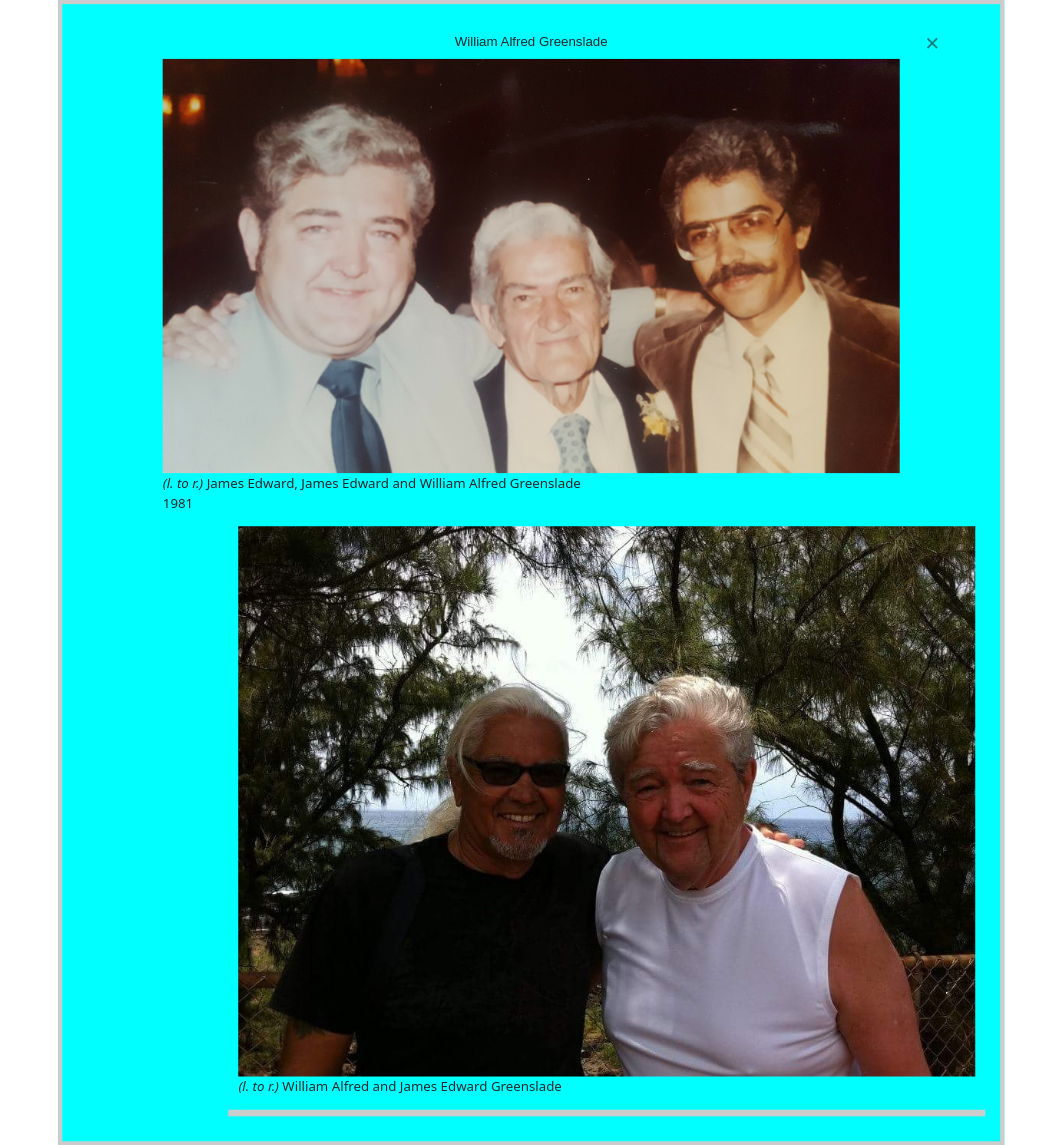
Repository: George2916/GreensladeFamilyTree
Page: photoWilliamAlfredGreenslade.html
The author's editor kept a record of every edit. The page is drawn from the files as they stood at one moment, then again after the next edit.
The browser window is 1280 px wide. The pictures show the whole page, at 83% of full size.

Above is the page before.

### photoWilliamAlfredGreenslade.html
<!doctype html>
<html lang="en">
<head>

    <meta charset="utf-8">
    <meta http-equiv="X-UA-Compatible" content="IE-edge">
    <meta name="viewport" content="width=device-width, initial-scale=1">
    <!--[if lt IE 9]
        <script src="https://oss.maxcdn.com/html5shiv/3.7.2/html5shiv.min.js"></script>
        <script src="https://oss.maxcdn.com/respond/1.4.2/respond.min.js"></script>
    <![endif]-->

    <link rel="stylesheet" type="text/css" href="css/bootstrap.css">
    <link rel="stylesheet" type="text/css" href="css/myStyle.css">

 <title>William Alfred Greenslade Photos</title>

</head>
<body>

<div class="container background">

     <div class="row">

        <div class="col-1" >
        </div>

        <div class="col-10">
            <h6 id="headingZZZ">William Alfred Greenslade</h6>
        </div>

  		<div class="col-1">
  		    <button onclick="goingBack()" id="btn-ZZZ"><!--&times; &#10006;-->&#x2715;</button>
        </div>

    </div>

    <div class="row"> <!--row-->

        <div class="col-12 col-md-1">
        </div>

        <div class="col-12 col-md-10">
            <img class="img-fluid" src="images/williamAlfredGreenslade(1).jpg">
            <p><i>(l. to r.)</i>&nbsp;James Edward, James Edward and William Alfred Greenslade<br>1981</p>
        </div>

        <div class="col-12 col-md-1">
        </div>

    </div> <!--closes row-->

    <div class="row"> <!--second row-->

        <div class="col-12 col-md-2">
        </div>

        <div class="col-12 col-md-10 borderBottom">
            <img class="img-fluid" src="images/williamAlfredGreenslade(2).jpg">
            <p><i>(l. to r.)</i>&nbsp;William Alfred and James Edward Greenslade</p>
        </div>

        <div class="col-12 col-md-2">
        </div>

    </div> <!--closes second row-->

</div> <!--closes container-->

<script src="js/bootstrap.js"></script>
<script src="js/myJavascript.js"></script>

</body>
</html>

### css/myStyle.css
/*STYLING FOR INDEX.HTML*/

.tree {width: 44500px;}

.George1 {
	background: #00FFFF;
	border: 1px solid #ccc;
	border-radius: 5px;
	-webkit-border-radius: 5px;
	-moz-border-radius: 5px;
	-o-border-radius: 5px;
	color: #666;
	display: inline-block;
	font-family: arial, verdana, tahoma;
	font-size: 11px;
	height: 50px;
	margin-right: -4px;
	text-decoration: none;
	vertical-align: text-bottom;
	width: 180px;
}

.George1 p {text-align: center;}

.George2 {
	background: white;
	display: inline-block;
	font-family: arial, verdana, tahoma;
	font-size: 11px;
	height: 50px;
	margin-right: -4px;
	text-align: center;
	vertical-align: text-bottom;
	width: 180px;
}

.George2 svg {overflow: visible;}

.George3::after {
	content: '';
    position: relative;
    top: 50%;
    border-top: 3px dashed lightblue;
    display: block;
}

.George4 {
	background: white;
	border: 1px solid white;
	color: blue;
	display: inline-block;
	font-family: arial, verdana, tahoma;
	font-size: 13px;
	height: 50px;
	margin-right: -4px;
	padding: 15px;
	text-align: center;
	vertical-align: text-bottom;
	width: 180px;
}

.George5 {position: relative;}

.sticky {
	position: sticky;
	left:0;
	z-index:10;
}

.divorceSign {
	font-size: 225%;
	letter-spacing: -5.5px;
	line-height: 110%;
}

.marriageSign {
	font-size: 225%;
	letter-spacing: -6px;
	line-height: 110%;
}

.marriageSignELKnight {
	font-size: 225%;
	letter-spacing: -6px;
	line-height: 50%;
	padding-bottom: 20px;
}

/*the next 5 divs create the lines to the left and right of GAG, born 1864 and GG, born about 1833*/

.lineGAG1 {
  width: 60px;
  background: #ccc;
  height: 2px;
  display: inline-block;
  margin-bottom: 2.5px;
}

.pointGAG1 {
  width: 0;
  height: 0;
  border-top: 5px solid transparent;
  border-bottom: 5px solid transparent;
  border-left: 10px solid #ccc;
  display: inline-block;
  margin-bottom: -1px;
  margin-right: -4px;
  transform: rotate(180deg);
  -moz-transform: rotate(180deg);
  -o-transform: rotate(180deg);
  -webkit-transform: rotate(180deg);
}

.marriageGAG{
	display: inline-block;
	margin-top: 22px;
}

.lineGAG2 {
  width: 60px;
  background: #ccc;
  height: 2px;
  display: inline-block;
  margin-bottom: 2.5px;
  margin-right: -4px;
}

.pointGAG2 {
  width: 0;
  height: 0;
  border-top: 5px solid transparent;
  border-bottom: 5px solid transparent;
  border-left: 10px solid #ccc;
  display: inline-block;
  margin-bottom: -1px;
}

.upperRight a {
	position: absolute;
	bottom: 102.5%;
	color: #666;
	text-decoration: none;
}

.upperRightArrow {font-size: 125%;}

.docLink {
	color: black;
	text-decoration: none;
}

.docLink:hover {
	color: black;
	font-weight: 500;
	text-decoration: none;
}

.progenyLink {
	color: #666;
	text-decoration: none;
}

/*moreInfoZero used for people with neither birth nor death date, moreInfoOne used for people with one or the other, moreInfoTwo used for people with both*/

.moreInfoZero a {
	position: relative;
	bottom: -16px;
	left: 1px;
	color: #666;
	text-decoration: none;
	z-index: 2;
}

.moreInfoOne a {
	position: relative;
	bottom: 0;
	left: 1px;
	color: #666;
	text-decoration: none;
	z-index: 2;
}

.moreInfoTwo a {
	position: relative;
	bottom: 16px;
	left: 1px;
	color: #666;
	text-decoration: none;
	z-index: 2;
}

.moreInfoZero a:hover, .moreInfoOne a:hover, .moreInfoTwo a:hover, .progenyLink:hover, .upperRight a:hover, .upperRightKo a:hover, .upperRightWestacott a:hover {
	color: black;
	text-decoration: none;
}

.moreInfoArrow {
	font-size: 125%;
}

/* make text of "More Info" and "Pictures(1)" under George Aflred Greenslade, born 1864 smaller when viewed on smaller devices */

@media only screen and (max-width: 435px) {
  #smallFont {font-size: 95%}
}

/*STYLING FOR KO FAMILY TREE*/

.Ktree {width: 1300px;}

.ko1 {
	background: #FF7034;
	border-radius: 5px;
	-webkit-border-radius: 5px;
	-moz-border-radius: 5px;
	-o-border-radius: 5px;
	font-family: 'Itim', arial, verdana;
	font-size: 18px;
	height: 50px;
	margin: 5px 0px 5px 6px;
	padding-top: 10px;
	text-align: center;
	width: 906px;
}

.ko2 {width: 180px;}

.upperRightKo a {
	position: absolute;
	bottom: 77.7%;
	color: #666;
	text-decoration: none;
}

.indentKo {
	padding: 150px;
}

/*STYLING FOR DUFFY, LEO GARCIA, SCHNEIDER AND SIDOROFF FAMILY TREES*/

.duffyTree {width: 3900px;}

.LGtree {width: 1350px;}

.SchnTree {width: 945px;}

.stevensTree {width: 2400px;}

/*.duffy1A - 1C are used to create the colors of the Irish flag on Duffy family tree*/

.duffy1A {
	background: #169B62;
	border-radius: 5px 0px 0px 5px;
	-webkit-border-radius: 5px 0px 0px 5px;
	-moz-border-radius: 5px 0px 0px 5px;
	-o-border-radius: 5px 0px 0px 5px;
	display: inline-block;
	height: 71px;
	margin: 25px -185px -25px 850px;
	width: 600px;
	vertical-align: text-bottom;
}

.duffy1B {
	background: #f0ead6;
	display: inline-block;
	font-family: 'Itim', arial, verdana;
	font-size: 18px;
	height: 50px;
	margin: 5px -2px 5px -2px;
	padding-top: 10px;
	text-align: center;
	/* width: 300px; */
	width: 600px;
	vertical-align: text-bottom;
}

.duffy1C {
	background: #FF883E;
	border-radius: 0px 5px 5px 0px;
	-webkit-border-radius: 0px 5px 5px 0px;
	-moz-border-radius: 0px 5px 5px 0px;
	-o-border-radius: 0px 5px 5px 0px;
	display: inline-block;
	height: 71px;
	margin: 5px 0px -25px -5px;
	width: 600px;
	vertical-align: text-bottom;
}

/*.leoGarcia1A - 1C are used to create the colors of the Peruvian flag on the Leo Garcia family tree*/

.leoGarcia1A {
	background: #D91023;
	border-radius: 5px 0px 0px 5px;
	-webkit-border-radius: 5px 0px 0px 5px;
	-moz-border-radius: 5px 0px 0px 5px;
	-o-border-radius: 5px 0px 0px 5px;
	display: inline-block;
	height: 50px;
	margin: 5px -3px 5px 0px;
	width: 420px;
	vertical-align: text-bottom;
}

.leoGarcia1B {
	background: #f0ead6;
	display: inline-block;
	font-family: 'Itim', arial, verdana;
	font-size: 18px;
	height: 50px;
	margin: 5px -1px 5px -1px;
	padding-top: 10px;
	text-align: center;
	width: 420px;
	vertical-align: text-bottom;
}

.leoGarcia1C {
	background: #D91023;
	border-radius: 0px 5px 5px 0px;
	-webkit-border-radius: 0px 5px 5px 0px;
	-moz-border-radius: 0px 5px 5px 0px;
	-o-border-radius: 0px 5px 5px 0px;
	display: inline-block;
	height: 50px;
	margin: 5px 3px 5px -3px;
	width: 420px;
	vertical-align: text-bottom;
}

.sidoroff1 {
	background: #FF7034;
	border-radius: 5px;
	-webkit-border-radius: 5px;
	-moz-border-radius: 5px;
	-o-border-radius: 5px;
	font-family: 'Itim', arial, verdana;
	font-size: 18px;
	height: 50px;
	margin: 5px 0px 5px 0;
	padding-top: 10px;
	text-align: center;
	width: 1084px;
}

.stevens1 {
	background: #FF7034;
	border-radius: 5px;
	-webkit-border-radius: 5px;
	-moz-border-radius: 5px;
	-o-border-radius: 5px;
	font-family: 'Itim', arial, verdana;
	font-size: 18px;
	height: 50px;
	margin: 5px 0px 5px 720px;
	padding-top: 10px;
	text-align: center;
	width: 904px;
}

/* STYLING FOR MORRISON FAMILY TREE*/

.Mtree {width: 9400px;}

.morrison1 {
	background: #FF7034;
	border-radius: 5px;
	-webkit-border-radius: 5px;
	-moz-border-radius: 5px;
	-o-border-radius: 5px;
	font-family: 'Itim', arial, verdana;
	font-size: 18px;
	height: 50px;
	margin: 5px 0px 5px 2345px;
	padding-top: 15px;
	text-align: center;
	width: 1442px;
}

.indentElizabethLillianKnightDocs {padding-left: 250px;}

/*STYLING FOR WESTACOTT FAMILY TREE*/

.westacott1 {
	background: #FF7034;
	border-radius: 5px;
	-webkit-border-radius: 5px;
	-moz-border-radius: 5px;
	-o-border-radius: 5px;
	font-family: 'Itim', arial, verdana;
	font-size: 18px;
	height: 50px;
	margin: 5px 0px 5px 192px;
	padding-top: 10px;
	text-align: center;
	width: 540px;
}

.upperRightWestacott a {
	position: absolute;
	bottom: 61.5%;
	color: #666;
	text-decoration: none;
}

/*STYLING FOR MODALS*/

.modal-Info > div 	{
  	padding: 0px 20px 0px 20px;
	border: 2px solid #ccc;
	border-radius: 10px;
	-webkit-border-radius: 10px;
	-moz-border-radius: 10px;
	-o-border-radius: 10px;
	background: linear-gradient(#00FFFF, #ccfff2);
	background: -moz-linear-gradient(#00FFFF, #ccfff2);
	background: -webkit-linear-gradient(#00FFFF, #ccfff2);
	background: -o-linear-gradient(#00FFFF, #ccfff2);
 }

@media only screen and (max-width: 500px) {
   #shakespeareQuotes, #poem1, #poem2  {
    font-size: 70%;
  }
}

@media only screen and (max-width: 575px) and (min-width: 501px){
   #shakespeareQuotes, #poem1, #poem2  {
    font-size: 80%;
  }
}

.modal-Photo > div {margin: 10% auto;
 	padding: 5px 20px 13px 20px;
	border: 2px solid #ccc;
	border-radius: 10px;
	-webkit-border-radius: 10px;
	-moz-border-radius: 10px;
	-o-border-radius: 10px;
	background: #00FFFF;
}

.borderBottomModalPhoto {
	border-bottom: 2px solid #0080ff;
}

.modal-header {border-bottom: 2px solid #0080ff;}

.close {
	color: #000;
	font-family: arial, verdana, tahoma;
	font-size: 140%;
	opacity: 0.5;
	position: absolute;
	right: 12px;
	top: 25px;
	text-decoration: none;
	width: 36px;
}

/*modals with tabs*/

.btn-close:focus {
	box-shadow: none;
}

.tabHeading {
	color: #000000 !important;
	/* important is need for color because iphones default color is light blue*/
	border-radius: 100px;
	-webkit-border-radius: 100px;
	-moz-border-radius: 100px;
	-o-border-radius: 100px;
	outline: none !important;
    border: none !important;
	background: #0080ff;
	height: 40px;
	margin: 4px 0px;
	width: 100px;
}

.tabHeading:hover {
	cursor: grab;
	font-weight: 900;
}

.highlightedTab {background: #0000ff;
	border-radius: 100px;
	-webkit-border-radius: 100px;
	-moz-border-radius: 100px;
	-o-border-radius: 100px;
	font-weight: 700;
}

.highlightedTab:focus {
	outline: none !important;
    border: none !important;
}

/*STYLING FOR PHOTO[NAME].HTML AND PHOTODOCS[NAME].HTML */

@media only screen and (max-width: 576px) {
  .col-12 > p, .col-12 > div > p, .carousel-item > p  {font-size: 85%}
}

.img-responsive {
	max-width: 100%;
	height: auto;
	display: block;
}

.borderBottom {border-bottom: 8px solid #ccc;}

.pic-back {display: none;}

.background {background: #00FFFF;
	border: 5px solid #ccc;
	padding: 30px;
}

.center {text-align: center;}

.hover:hover {
	cursor: grab;
}

.heading {
	font-family: arial, verdana, tahoma;
	text-align: center;
}

/*the next 6 items create the styling for the button at the top of photo[name].html, photoDocs[name].html and carouselGeorgeAlfredGreensladeII.html*/

#headingZZZ {
	font-family: arial, verdana, tahoma;
	padding-top: 5px;
 	text-align: center;
}

#btn-ZZZ {
 	background: #00FFFF;
	border-style: hidden;
	color: #000;
	font-family: arial, verdana, tahoma;
	font-size: 140%;
	opacity: 0.5;
}

#btn-AAA {
	background: #9B533B;
	border-style: hidden;
	color: #000;
	font-family: arial, verdana, tahoma;
	font-size: 140%;
	opacity: 0.5;
}

#btn-ZZZ:hover {
	cursor: grab;
	opacity: 1.0;
}

#btn-AAA:hover {
	background: #00FFFF;
	cursor: grab;
	opacity: 1.0;
}

@media only screen and (max-width: 575px) {
   #headingZZZ {
    font-size: 85%;
  }

  #btn-ZZZ, #btn-AAA:hover {
  	font-size: 100%;}
}

/* STYLING FOR photoRichardGreenslade.html */

.noDisplay {
	visibility: hidden;
}

/*STYLING FOR photoWayneKnight.html*/

@media only screen and (min-device-width: 300px) {
  .wayneKnightPhoto {
    height: 170px;
    width: auto;
  }
}

@media only screen and (min-device-width: 350px) {
  .wayneKnightPhoto {
    height: 200px;
    width: auto;
  }
}

@media only screen and (min-device-width: 440px) {
  .wayneKnightPhoto {
    height: 260px;
    width: auto;
  }
}

@media only screen and (min-device-width: 500px) {
  .wayneKnightPhoto {
    height: 290px;
    width: auto;
  }
}

@media only screen and (min-device-width: 576px) {
  .wayneKnightPhoto {
    height: 320px;
    width: auto;
  }
}

@media only screen and (min-device-width: 768px) {
  .wayneKnightPhoto {
    height: 190px;
    width: auto;
  }
}

@media only screen and (min-device-width: 992px) {
  .wayneKnightPhoto {
    height: 250px;
    width: auto;
  }
}

@media only screen and (min-device-width: 1200px) {
  .wayneKnightPhoto {
    height: 320px;
    width: auto;
  }
}

@media only screen and (min-device-width: 1400px) {
  .wayneKnightPhoto {
    height: 350px;
    width: auto;
  }
}

/*STYLING FOR carouselGeorgeGreensladeII.html and photoDocs[name].html for BelleHinks, CarolinaVirginiaGreenslade and GeorgeGreensladeBorn1864*/

@media only screen and (min-width: 992px) {
	.BHcarousel-indicators {
		padding-bottom: 40px;
}
}

@media only screen and (min-width: 350px) {
	.GAGIcarousel-indicators {
		padding-bottom: 90px;
}
}

@media only screen and (min-width: 400px) {
	.GAGIcarousel-indicators {
		padding-bottom: 70px;
}
}

@media only screen and (min-width: 450px) {
	.GAGIcarousel-indicators {
		padding-bottom: 50px;
}
}

@media only screen and (min-width: 500px) {
	.GAGIcarousel-indicators {
		padding-bottom: 40px;
}
}

.carouselContainerGG {
	background: #9B533B;
	border: 4px solid #ccc;
	border-radius: 10px;
	-webkit-border-radius: 10px;
	-moz-border-radius: 10px;
	-o-border-radius: 10px;
}

@media only screen and (max-width: 767px) {
	.carouselGG {
		height: 400px;
		width: 100%;
		object-fit: contain;
}
}

@media only screen and (min-width: 768px) {
	.carouselGG {
		height: 500px;
		width: 100%;
		object-fit: contain;
}
}

@media only screen and (min-width: 992px) {
	.carouselGG {
		height: 700px;
		width: 100%;
		object-fit: contain;
}
}

.d-none {color: #FF7034;}

.carousel-indicators {filter: invert(100%);}

.carousel-control-prev-icon, .carousel-control-next-icon {filter: invert(100%); background-color:red;} /*background-color:red somehow changes the color of the left and righ arrows to something close to #00FFFF*/


.carousel .carousel-indicators button {
   	width: 10px;
  	height: 10px;
  	border-radius: 100%;
  	color: red;
}

/*STYLING FOR NAVBAR*/

.navbar {
	background: #FF7034;
	border-radius: 5px;
	-webkit-border-radius: 5px;
	-moz-border-radius: 5px;
	-o-border-radius: 5px;
	display: inline-block;
	font-family: arial, verdana, tahoma;
	margin: 5px 0px 5px 180px;
	width: 1628px;
}

.navbarDuffy {
	background: #f0ead6;
	border-radius: 5px;
	-webkit-border-radius: 5px;
	-moz-border-radius: 5px;
	-o-border-radius: 5px;
	display: inline-block;
	font-family: arial, verdana, tahoma;
	margin: 5px 0px 25px 180px;
	width: 600px;
}

.navbar-brand {
	font-family: 'Itim', arial, verdana;
}

.nav-item:hover {
	background: #FFB697;
	border-radius: 5px;
	-webkit-border-radius: 5px;
	-moz-border-radius: 5px;
	-o-border-radius: 5px;
}

.dropdown-menu {
	border: 2px solid #ccc;
	border-radius: 10px;
	-webkit-border-radius: 10px;
	-moz-border-radius: 10px;
	-o-border-radius: 10px;
	background: linear-gradient(#00FFFF, #ccfff2);
	background: -moz-linear-gradient(#00FFFF, #ccfff2);
	background: -webkit-linear-gradient(#00FFFF, #ccfff2);
	background: -o-linear-gradient(#00FFFF, #ccfff2);
}

.dropdown-item:hover {
	background: #00FFFF;
	border-radius: 15px;
	-webkit-border-radius: 5px;
	-moz-border-radius: 5px;
	-o-border-radius: 5px;
}

.dropdown-item:active {background-color: #00FFFF;
	color:black;
}
.dropdown-item:visited {background-color: #00FFFF;}

.georgeNB1 {
	display: inline-block;
	height: 50px;
	vertical-align: text-bottom;
	width: 5160px;
}

.indentShakespeare1 {padding-left: 20px;}

.indentShakespeare2 {padding-left: 25px;}

@media only screen and (max-width: 575px) {
   .indentShakespeare1 {
    padding-left: 0;
  }
}


/*STYLING IN SVG IN GREENSLADE FAMILY TREE*/

#thomasAndElizabethGreenslade::after, #georgeAndRhodaGreenslade::after {
	content: 'three \00a0\00a0\00a0 children';
    position: relative;
   	left: 6px;
   	top: -41px;
    color: #666;
    display: block;
}

#georgeAndMatildaGreenslade::after {
	content: 'four \00a0\00a0\00a0 children';
    position: relative;
   	left: 9px;
   	top: -41px;
    color: #666;
    display: block;
}

#maudeAndOtisBurnett::after {
	content: 'five \00a0\00a0\00a0 children';
    position: relative;
   	left: 9px;
   	top: -41px;
    color: #666;
    display: block;
}

#johnAndJaneGreenslade::after {
	content: 'nine \00a0\00a0\00a0 children';
    position: relative;
   	left: 9px;
   	top: -41px;
    color: #666;
    display: block;
}

#georgeAndAliceGreenslade::after {
	content: 'eight \00a0\00a0\00a0 children';
    position: relative;
   	left: 7px;
   	top: -41px;
    color: #666;
    display: block;
}

#georgeAndJaneGreenslade::after, #georgeAndEvaGreenslade::after, #elizabethAndFrederickSteer::after {
	content: 'six \00a0\00a0\00a0 children';
    position: relative;
   	left: 12px;
   	top: -41px;
    color: #666;
    display: block;
}

/*STYLING FOR realtionFinderModal AND poesyModal*/

.relationFinderButton {
	display: inline-block;
	vertical-align: text-bottom;
	line-height: 100%;
}

table {
  border-collapse: collapse;
  width: 100%;
}

th {
  border: 2px solid #ccc;
}

td {
	border: 2px solid #ccc;
	font-size: 90%;}

.tableHeading3 {font-size: 90%;
	font-weight: normal;
}
.firstColumn, .secondColumn {vertical-align: text-top;}

.thirdColumn {text-align: center;}

/*STYLING FOR MODALS FOR JOSEPH EUGENE WALSH, JONATHAN EDWARD GREENSLADE, RICHARD MICHAEL SIDOROFF, ANNIE MAY KNIGHT, ALBERT JAYNES MORRISON, JR.*/
/*STYLING FOR PHOTODOCS OF BESSIE GREENSLADE*/

.zoomA, .zoomB, .zoomC, .zoomC-1, .zoomE {margin: 0;}

@media only screen and (min-width: 768px) {

	.zoomA:hover {
		cursor: grab;
	  	transform: scale(2.0);
	  	transform-origin: left top;

	  	width: 600px;
	  	height: auto;
	  	/* ease | ease-in | ease-out | linear */
	 	transition: transform ease-in-out 0.1s;
	}

	.zoomA-1:hover {
		cursor: grab;
	  	transform: scale(1.0);
	  	transform-origin: left top;

	  	width: 600px;
	  	height: auto;
	  	/* ease | ease-in | ease-out | linear */
	 	transition: transform ease-in-out 0.1s;
	}

	.zoomB:hover {
		cursor: grab;
	  	transform: scale(2.5);
	  	transform-origin: left top;

	  	width: 600px;
	  	height: auto;
	  	/* ease | ease-in | ease-out | linear */
	 	transition: transform ease-in-out 0.1s;
	}

	.zoomC:hover {
		cursor: grab;
	  	transform: scale(3.5);
	  	transform-origin: top;

	  	width: 600px;
	  	height: auto;
	  	/* ease | ease-in | ease-out | linear */
	 	transition: transform ease-in-out 0.1s;
	}

	.zoomD:hover {
		cursor: grab;
	  	transform: scale(2.5);
	  	transform-origin: bottom;

	  	width: 600px;
	  	height: auto;
	  	/* ease | ease-in | ease-out | linear */
	 	transition: transform ease-in-out 0.1s;
	}

	.zoomE:hover {
		cursor: grab;
	  	transform: scale(3.5);
	  	transform-origin: left top;

	  	width: 600px;
	  	height: auto;
	  	/* ease | ease-in | ease-out | linear */
	 	transition: transform ease-in-out 0.1s;
	}

}

@media only screen and (max-width: 767px) {

	.zoomC-2 {display: none;}
}

/*STYLING FOR TOOLTIP ON MEAHAL DUFFY*/

.meahal {
	display: inline-block;
}
.meahal a {
	color: #666;
	text-decoration: none;
}

.meahal a:hover {
	color: black;
	text-decoration: none;
}

/*STYLING FOR GAGii MODAL*/

.modalIndent {
	margin-left: 15px;
}

Loaded but not shown: css/bootstrap.css (library); js/bootstrap.js (library); js/myJavascript.js (252 lines, source omitted)

After the next edit:
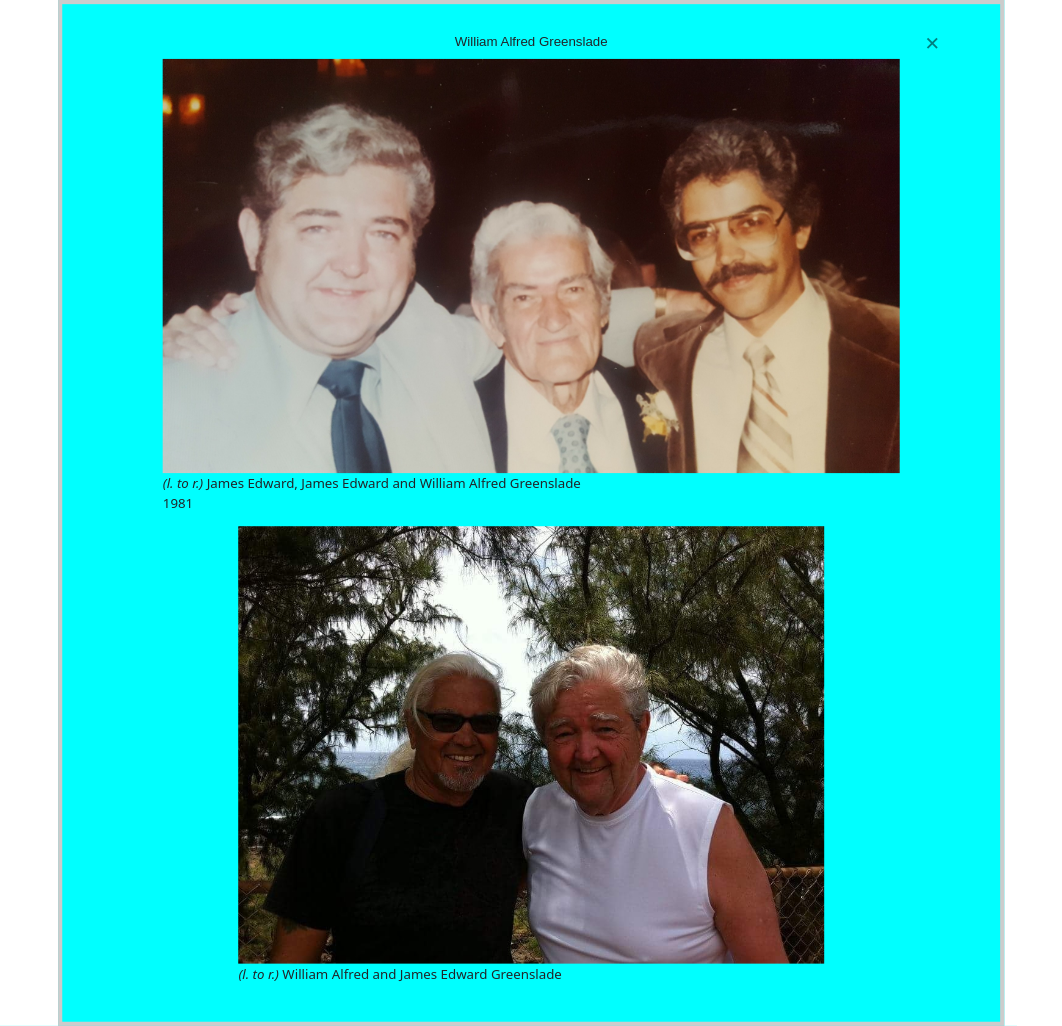
The edit:
--- a/photoWilliamAlfredGreenslade.html
+++ b/photoWilliamAlfredGreenslade.html
@@ -55,7 +55,7 @@
         <div class="col-12 col-md-2">
         </div>
 
-        <div class="col-12 col-md-10 borderBottom">
+        <div class="col-12 col-md-8">
             <img class="img-fluid" src="images/williamAlfredGreenslade(2).jpg">
             <p><i>(l. to r.)</i>&nbsp;William Alfred and James Edward Greenslade</p>
         </div>
